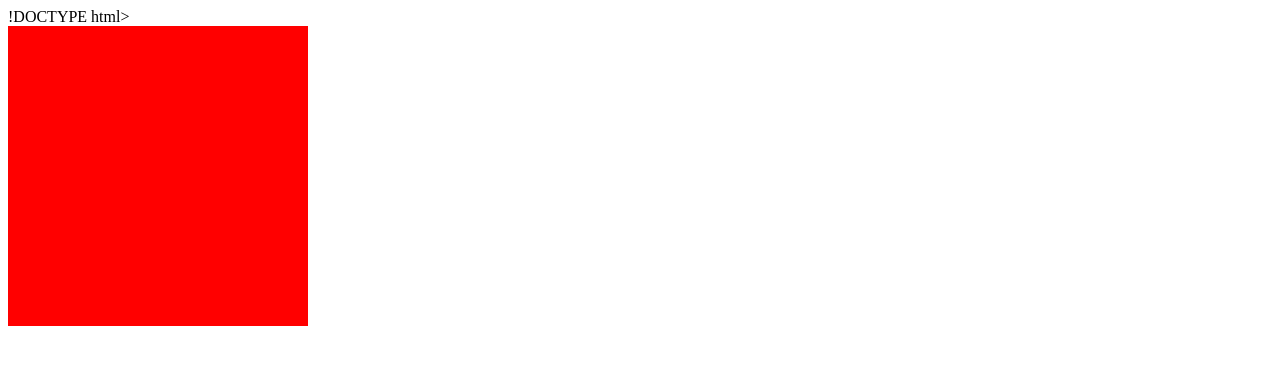
Repository: yymmyymm/review-sub1
Page: box/box.html
The author's editor kept a record of every edit. The page is drawn from the files as they stood at one moment, then again after the next edit.
The browser window is 1280 px wide. The pictures show the whole page.

Above is the page before.

After the next edit:
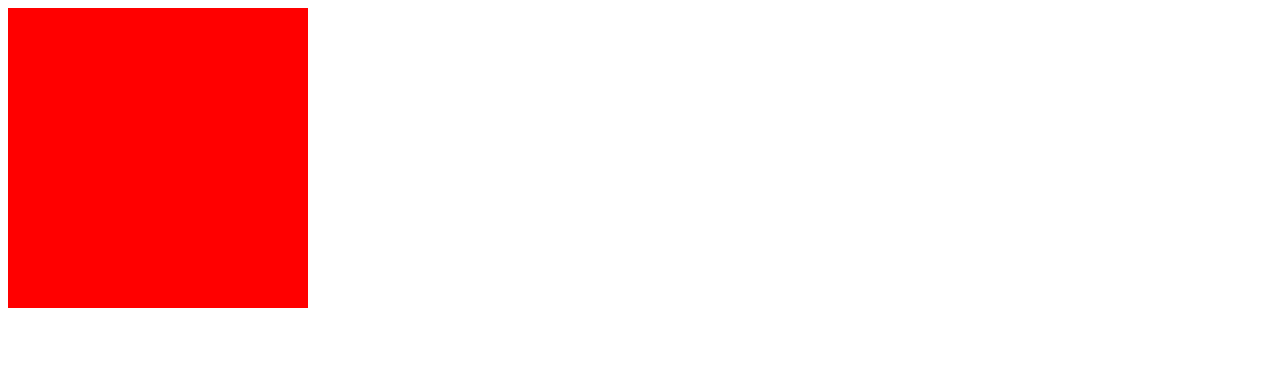
The edit:
--- a/box/box.html
+++ b/box/box.html
@@ -1,4 +1,4 @@
-!DOCTYPE html>
+<!DOCTYPE html>
 <html lang="ja">
   <head>
     <meta charset="UTF-8" />
